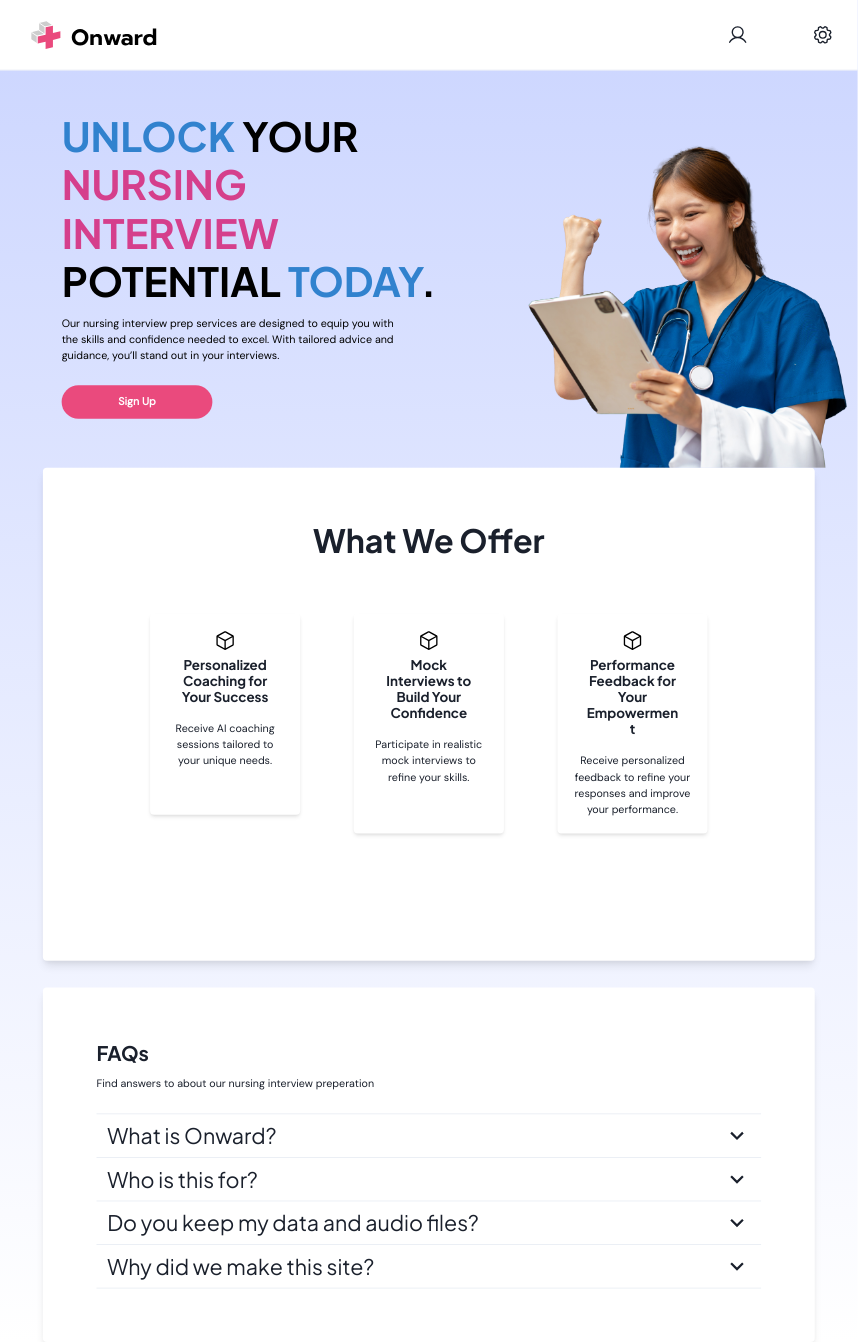
Repository: Aladdin3r/onward
Page: /landing-page
The author's editor kept a copy of each file at every save. The page is drawn from the files as they stood at one save, then again after the next save.
The browser window is 1280 px wide. The pictures show the whole page, at 67% of full size.
The project was rebuilt for these pictures with package versions that can differ from the ones it lists, and the page was loaded fresh each time. The framework's server and built-in components were replaced by stand-ins that run in the browser. Also part of the build but not shown: next.config.mjs.

Above is the page before, as saved 2024-10-29 03:20:59.

After the next save:
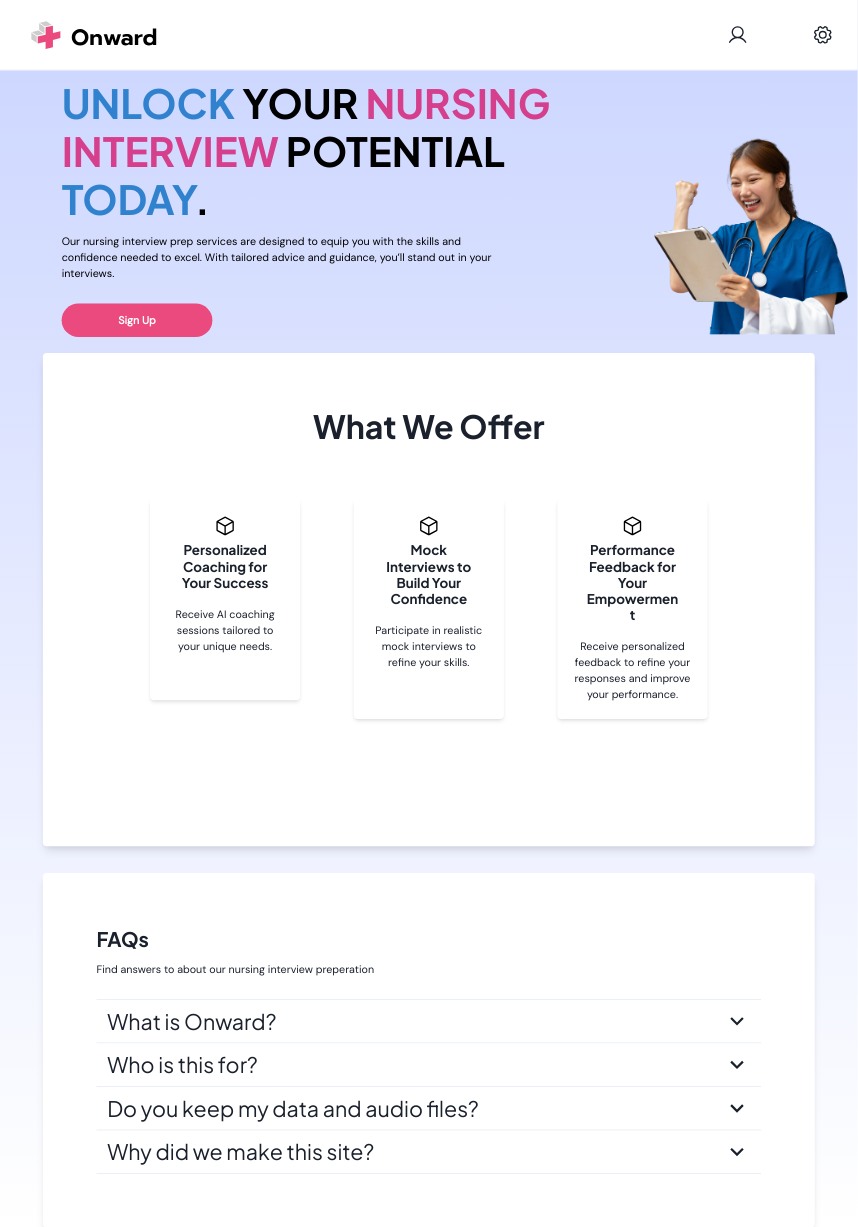
Saved 4 s later.
--- a/pages/landing-page.js
+++ b/pages/landing-page.js
@@ -76,7 +76,7 @@
                     </Button>
                 </Flex>
 
-                <Box width="95%" >
+                <Box width="45%" >
                     <Image
                         src="/images/ipad-nurse.png"
                         alt="IPad Nurse"

After the 3 saves that followed:
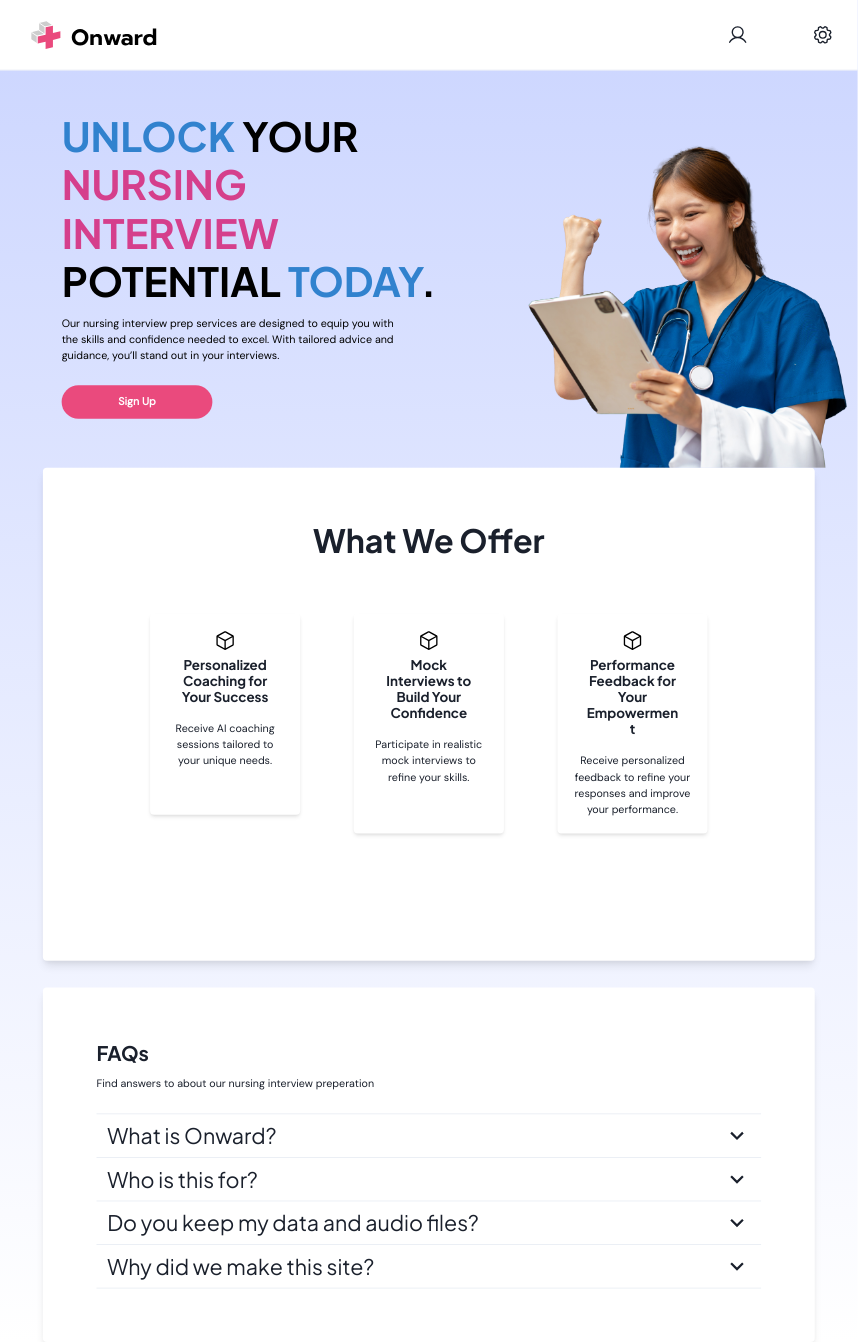
The 3 saves are shown as one change because 1 left the picture as it was and some came seconds apart.
The last was saved 17 s later.
--- a/pages/landing-page.js
+++ b/pages/landing-page.js
@@ -76,7 +76,7 @@
                     </Button>
                 </Flex>
 
-                <Box width="45%" >
+                <Box width="95%" >
                     <Image
                         src="/images/ipad-nurse.png"
                         alt="IPad Nurse"
